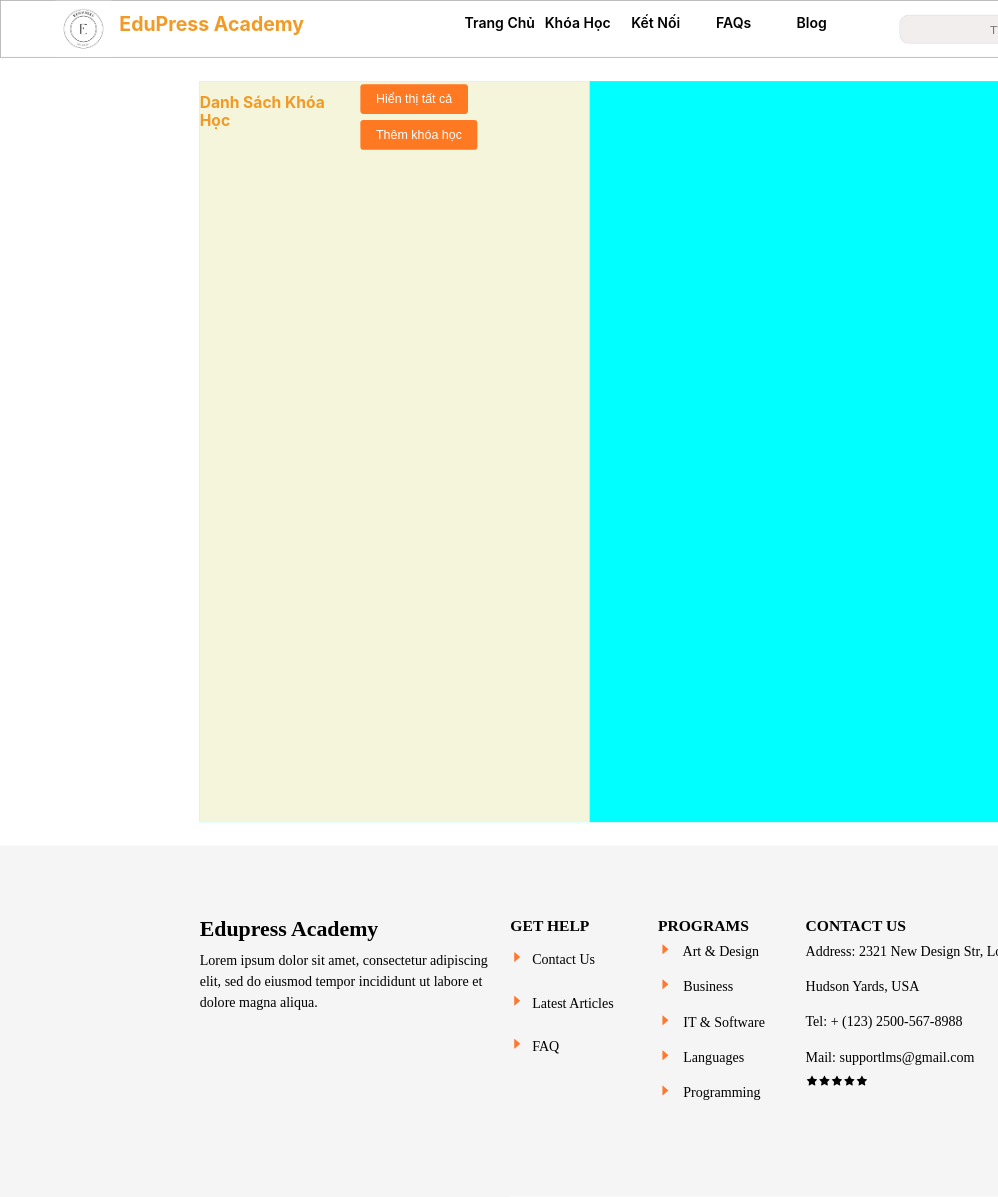
Repository: hieu1802/WebsiteEdupress
Page: /Management (app in my-app/Fontend/)
An editor plug-in stored every save of this project. The page is shown before and after the next save, followed by the edit.
The browser window is 1280 px wide. The pictures show the whole page, at 78% of full size.
The page's requests for data from a server got no answer. The project was rebuilt for these pictures with package versions that can differ from the ones it lists, and the page was loaded fresh each time. No one was signed in, and anything a server would have sent is missing. Also part of the build but not shown: my-app/Fontend/src/App.css, my-app/Fontend/src/Components/data/topCategories.jsx, my-app/Fontend/src/Components/HomePage/ContainerPage.jsx, my-app/Fontend/src/Components/HomePage/HomePage.jsx, my-app/Fontend/src/Components/Login/Login.css, my-app/Fontend/src/Components/Modal/Modal.css, my-app/Fontend/src/Components/Modal/Modal.jsx, my-app/Fontend/src/Components/Login/Login.jsx and 41 more.

Above is the page before, as saved 2024-11-03 12:33:18.

### my-app/Fontend/src/App.jsx
import logo from "./logo.svg";
import "./App.css";
import HomePage from "./Components/HomePage/HomePage.jsx";
import { BrowserRouter as Router, Routes, Route } from "react-router-dom";
import Login from "./Components/Login/Login";
import Register from "./Components/Register/Register";
import AdminPage from "./Components/AdminPage/AdminPage";
import LostPass from "./Components/LostPass/LostPass";
import CouresPage from "./Components/CouresPage/CouresPage.jsx";
import BlogPage from "./Components/BlogPage/BlogPage.jsx";
import ProtectedRoute from "./Components/ProtectedRoute.jsx";
import InfoCustomer from "./Components/InfoCustomer/InfoCustomer.jsx";
import CourseDetail from "./Course-detail/Coursedetail.js";
import DeleteAccount from "./Components/DeleteAccount/DeleteAccount.jsx";
import ContactPage from "./Components/ContactPage/ContactPage.jsx";
import FAQs from "./Components/FAQs/FAQs.jsx";
import Management from "./Components/Management/Management.jsx";


function App() {
  return (
    <>
      <Router>
        <Routes>
          <Route path="/" element={<HomePage />} />
          <Route path="/login" element={<Login />} />
          <Route path="/register" element={<Register />} />
          <Route path="/Management" element={<Management />} />
          <Route
            path="/admin"
            element={<ProtectedRoute component={AdminPage} />}
          />
          <Route path="/lostPass" element={<LostPass />} />
          <Route path="/CouresPage" element={<CouresPage />} />
          <Route path="/info-customer" element={<InfoCustomer />} />
          <Route path="/BlogPage" element={<BlogPage />} />
          <Route path="/Coursedetail" element={<CourseDetail />} />
          <Route path="/Coursedetail/:id" element={<CourseDetail />} />
          <Route path="/delete-account" element={<DeleteAccount />} />
          <Route path="/ContactPage" element={<ContactPage />} />
          <Route path="/FAQsPage" element={<FAQs />} />
        </Routes>
      </Router>
    </>
  );
}

export default App;

### my-app/Fontend/src/Components/Management/Management.jsx
import React from 'react'
import Header from '../HomePage/Header'
import Footer from '../HomePage/Footer'
import ContainerManagement from './ContainerManagement'
import './Management.css'

function Management() {
  return (
    <>
      <Header/>
      <ContainerManagement/>
      <Footer/>
    </>
  )
}

export default Management

### my-app/Fontend/src/Components/HomePage/Footer.jsx
import React from 'react'
import { AiFillStar,AiFillCaretRight } from "react-icons/ai";

function Footer() {
  return (
    <div className='footerPage'>
        <div className='footerContaier'>
            <div className='footerEdupress'>
                <h2>Edupress Academy</h2>
                <p>Lorem ipsum dolor sit amet, consectetur adipiscing elit, sed do eiusmod tempor incididunt ut labore et dolore magna aliqua.</p>
            </div>
            <div className='footerHelp'>
                <h2>GET HELP</h2>
                <a href='#'><AiFillCaretRight  style={{color:'FF782D', marginRight:'10px'}}/>Contact Us</a>
                <a href='#'><AiFillCaretRight  style={{color:'FF782D', marginRight:'10px'}}/>Latest Articles</a>
                <a href='#'><AiFillCaretRight  style={{color:'FF782D', marginRight:'10px'}}/>FAQ </a>
            </div>
            <div className='footerPrograms'>
                <h2>PROGRAMS</h2>
                <a href='#'><AiFillCaretRight  style={{color:'FF782D', marginRight:'10px'}}/> Art & Design</a>
                <a href='#'><AiFillCaretRight  style={{color:'FF782D', marginRight:'10px'}}/> Business</a>
                <a href='#'><AiFillCaretRight  style={{color:'FF782D', marginRight:'10px'}}/> IT & Software </a>
                <a href='#'><AiFillCaretRight  style={{color:'FF782D', marginRight:'10px'}}/> Languages </a>
                <a href='#'><AiFillCaretRight  style={{color:'FF782D', marginRight:'10px'}}/> Programming </a>
            </div>
            <div className='footerContact'>
                <h2>CONTACT US</h2>
                <p>Address: 2321 New Design Str, Lorem Ipsum10 Hudson Yards, USA</p>
                <p>Tel: + (123) 2500-567-8988<br/>
                Mail: supportlms@gmail.com</p>
                <span><AiFillStar/><AiFillStar/><AiFillStar/><AiFillStar/><AiFillStar/></span>
            </div>
        </div>
    </div>
  )
}

export default Footer

### my-app/Fontend/src/Components/AdminPage/AdminPage.css
.admin {
  font-family: Arial, sans-serif;
  padding: 20px;

  h1 {
    color: #ff7822;
  }

  h2 {
    color: #ff7822;
    margin-top: 30px;
  }

  table.listAcc {
    width: 100%;
    border-collapse: collapse;
    margin-top: 20px;

    th,
    td {
      border: 1px solid #ddd;
      padding: 8px;
      text-align: left;
    }

    th {
      background-color: #ff7822;
      color: white;
    }

    tr:nth-child(even) {
      background-color: #f2f2f2;
    }

    tr:hover {
      background-color: #ddd;
    }

    select {
      padding: 5px;
      border-radius: 4px;
      border: 1px solid #ccc;
    }
  }
}

button {
  background-color: #ff7822;
  color: white;
  border: none;
  padding: 10px 20px;
  text-align: center;
  text-decoration: none;
  display: inline-block;
  font-size: 16px;
  margin: 4px 2px;
  cursor: pointer;
  border-radius: 4px;
}

button:hover {
  background-color: #e56b1f;
}

form {
  margin-top: 20px;

  input[type="text"],
  input[type="password"],
  select {
    width: 100%;
    padding: 12px 20px;
    margin: 8px 0;
    display: inline-block;
    border: 1px solid #ccc;
    border-radius: 4px;
    box-sizing: border-box;
  }

  button {
    width: 100%;
    background-color: #ff7822;
    color: white;
    padding: 14px 20px;
    margin: 8px 0;
    border: none;
    border-radius: 4px;
    cursor: pointer;
  }

  button:hover {
    background-color: #e56b1f;
  }

  .input-group {
    position: relative;

    input[type="password"],
    input[type="text"] {
      padding-right: 40px;
    }

    .toggle-password-visibility {
      position: absolute;
      right: 10px;
      top: 50%;
      transform: translateY(-50%);
      cursor: pointer;
      color: #555;
    }
  }
}

@media (max-width: 480px) {
  .admin {
    padding: 10px;
  }

  table.listAcc {
    font-size: 12px;
  }

  th,
  td {
    padding: 6px;
  }

  .toggle-password-visibility {
    right: 5px;
  }

  form {
    margin-top: 10px;
  }

  input[type="text"],
  input[type="password"],
  select {
    padding: 10px;
    font-size: 14px;
  }

  button {
    padding: 10px 15px;
    font-size: 14px;
  }
}

### my-app/Fontend/src/Components/BlogPage/BlogPage.css
*{
    margin: 0;
    padding: 0;
}

.blogContainer{
    width: 1175px;
    height: 950px;
    margin-left: 20%;
    display: flex;
    margin-top: 30px;
}

.blogMain{
    width: 900px;
    height: 100%;
}

.blogTitle{
    width: 100%;
    height: 80px;
}

.blogTitle > h1{
    font-family: Exo;
    font-size: 36px;
    font-weight: 600;
    line-height: 43.2px;
    text-align: left;
    color: #000;
}

.blogDetail{
    width: 100%;
    height: 850px;
}

.blogImg{
    width: 100%;
    height: 500px;
}

.blogContent{
    width: 100%;
    height: 250px;
    margin-top: 15px;
    margin-bottom: 15px;
}

.blogContent > p{
    font-family: Jost;
    font-size: 18px;
    font-weight: 400;
    line-height: 27px;
    text-align: left;
}

.blogTag{
    width: 100%;
    height: 40px;
    display: flex;
}

.boxTags{
    width: 100px;
    height: 30px;
    border: 1px solid #000;
    text-align: center;
    padding-top: 5px;
    font-size: 16px;
    font-weight: 500;
    margin-right: 10px;
}

.blogSideBar{
    width: 275px;
    height: 800px;
    border: 1px solid #0000003d;
}

.category{
    width: 90%;
    height: 250px;
    margin-left: 10px;
}

.categoryNav{
    display: flex;
    justify-content: space-between;
    margin-bottom: 10px;
}

.buttonAdd{
   font-size: 18px;
   color: red;
   cursor: pointer;
}

.content{
    width: 900px;
    height: 500px;
    position: absolute;
    background-color: rgba(0, 0, 0, 0.9);
    top: 100px;
    left:auto;
    color: aliceblue;
}

.title{
    margin-left: 50px;
}

.formInput{
    width: 50% !important;
    height: 30px !important;
    margin-left:25px !important ;
    margin-bottom: 30px !important;
}

.textInput{
    width: 50%;
    height: 200px;
    margin-left: 10px;
}

.imgInput{
    margin-left: 15px;
    margin-top: 30px;
    margin-bottom: 30px;
}
.category > h4{
    font-family: Exo;
    font-size: 20px;
    font-weight: 600;
    line-height: 24px;
    text-align: left;
    margin-bottom: 20px;
}

.cateBox{
    width: 100%;
    height: 30px;
    display: flex;
    justify-content: space-between;

}

.boxRecent{
    width: 90%;
    height: 350px;
    margin-left: 10px;
}

.boxRecent > h4{
    font-family: Exo;
    font-size: 20px;
    font-weight: 600;
    line-height: 24px;
    text-align: left;
}

.articles{
    width: 100%;
    height: 90px;
    display: flex;
    margin: 0;
    margin-top: 15px;
    cursor: pointer;
}

.articlesImg{
    width: 40%;
    height: 100%;
}

.articlesImg > img{
    width: 100%;
    height: 100%;
}

.articlesContents{
    width: 60%;
    height: 90px;

}

.articlesContents > p{
    font-family: Jost;
    font-size: 16px;
    font-weight: 500;
    line-height: 24px;
    text-align: left;
    margin-left: 5px;
    margin-top: 5px;
}

.tags{
    width: 90%;
    height: 150px;
    margin-left: 10px;
    margin-top: 10px;
}

.tags > h4{
    font-family: Exo;
    font-size: 20px;
    font-weight: 600;
    line-height: 24px;
    text-align: left;
    margin-bottom: 10px;
}

.hastag{
    width: 100%;
    height: 100px;
    display: grid;
    grid-template-columns: 1fr 1fr;
}

### my-app/Fontend/src/Components/ContactPage/Contact.css
*{
    margin: 0;
    padding: 0;
}

.contactContainer{
    width: 1175px;
    height: 900px;
    margin-left: 20%;
    margin-top: 30px;
}

.contactBox{
    width: 100%;
    height: 450px;
    display: flex;
}

.contactInf{
    width: 400px;
    height: 300px;
}
.contactInf > h1{
    font-family: Exo;
    font-size: 36px;
    font-weight: 600;
    line-height: 43.2px;
    text-align: left;
    color: #000;
}

.info{
    width: 100%;
    height: 200px;
    margin-top: 30px;
}

.info > p{
    font-family: Jost;
    font-size: 18px;
    font-weight: 400;
    line-height: 27px;
    text-align: left;
}

.infoPhone{
    width: 250px;
    height: 50px;
    margin-top: 15px;
    display: flex;
}

.iconsInfo{
    width: 60px;
    height: 50px;
}

.iconsInfo > img{
    width: 100%;
    height: 100%;
}

.textInfo{
    width: 180px;
    height: 50px;
    margin-left: 10px;
    display: flex;
    flex-direction: column;
    justify-content: space-between;
}

.contactMap{
    width: 700px;
    height: 450px;
    margin-left: 30px;
    border-radius: 20px;
}

.contactMap > img{
    width: 100%;
    height: 100%;
    border-radius: 20px;
}

.contactUs{
    width: 100%;
    height: 400px;
    margin-top: 150px;
}

### my-app/Fontend/src/Components/FAQs/FAQs.css
*{
    padding: 0;
    margin: 0;
}

.ContainerFAQs{
    width: 1175px;
    height: 600px;
    margin-left: 20%;
    margin-top: 30px;
}

.ContainerFAQs > p{
    font-size: 16px;
    margin-top: 10px;
    margin-bottom: 10px;

}

.ContainerFAQs > img {
    width: 100%;
    height: 100%;
}

### my-app/Fontend/src/Components/Management/ContainerManagement.jsx
import React from 'react'
import ManagementCourse from './ManagementCourse'


function ContainerManagement() {
  return (
    <div className='managementContainer'>
      <ManagementCourse/>
    </div>
  )
}

export default ContainerManagement

### my-app/Fontend/src/Components/Management/Management.css
*{
    margin: 0;
    padding: 0;
}

.managementContainer{
    width: 1175px;
    height: 950px;
    margin-left: 20%;
    display: flex;
    margin-top: 30px;
    background-color: aqua;
}

.managementCourseContainer{
    width: 500px;
    height: 950px;
    display: flex;
    background-color: beige;
}

.courseTitle{
    width: 100%;
    height: 50px;
    display: flex;
    justify-content: space-between;
}

.courseTitle > h3{
    font-size: 20px;
}

### my-app/Fontend/src/Components/data/FeaturedCoursesDaa.jsx
import img04 from "../img/img04.png";
import img05 from "../img/img05.png";
import img06 from "../img/img06.png";
import img07 from "../img/img07.png";
import img08 from "../img/img08.png";
import img09 from "../img/img09.png";

const topCourses = [
  {
    id: 1,
    img: img04,
    time: '2',
    student: '50',
    price: '4.000.000đ',
    sale: '2.000.000đ',
    lessons: '20',
    author: 'Christopher',
    courseName: 'Create an LMS Website with LearnPress'

  },
  {
    id: 2,
    img: img05,
    time: '3',
    student: '60',
    price: '5.000.000đ',
    sale: '2.500.000đ',
    lessons: '10',
    author: 'James',
    courseName: 'Create an CSS Website '
  },
  {
    id: 3,
    img: img06,
    time: '4',
    student: '90',
    price: '7.000.000đ',
    sale: '3.000.000đ',
    lessons: '25',
    author: 'Rebecca',
    courseName: 'Create an HTML Website '
  },
  {
    id: 4,
    img: img07,
    time: '2',
    student: '60',
    price: '6.000.000đ',
    sale: '3.500.000đ',
    lessons: '15',
    author: 'Jennifer',
    courseName: 'Create an CSS and REACT Website '
  },
  {
    id: 5,
    img: img08,
    time: '2',
    student: '70',
    price: '8.000.000đ',
    sale: '4.000.000đ',
    lessons: '24',
    author: 'Matthew',
    courseName: 'Create an REACT and SCSS Website '
  },
  {
    id: 6,
    img: img09,
    time: '2',
    student: '80',
    price: '9.000.000đ',
    sale: '6.000.000đ',
    lessons: '26',
    author: 'Daniel',
    courseName: 'Create an HTML and SCSS Website '
  },
];

export { topCourses }

### my-app/Fontend/src/Components/CouresPage/Container.css
*{
    margin: 0;
    padding: 0;
}

.container{
    width: 1175px;
    height: 1800px;
    margin-left: 20%;
    display: flex;
}

.boxProduct{
    width: 880px;
    height: 100%;
    padding-left:20px;
}

.boxProduct > h2{
    font-family: Exo;
    font-size: 36px;
    font-weight: 600;
    line-height: 43.2px;
    text-align: left;
}

.boxContent{
    width: 800px;
    height: 250px;
    margin-top: 30px;
    display: flex;
    border-radius: 20px 0 0 20px;
    border: 1px solid #00000048;
}

.boxImg{
    width: 300px;
    height: 100%;
}
.boxImg > img{
    width: 100%;
    height: 100%;
    border-radius: 20px 0 0 20px;
}

.boxTexT{
    width: 500px;
    height: 100%;
}

.text{
    width: 420px;
    height: 150px;
    display: flex;
    margin-left: 30px;
    flex-direction: column;
    justify-content: space-between;
}

.text > h4{
    margin-top: 10px;
    font-family: Jost;
    font-size: 24px;
    font-weight: 400;
    line-height: 24px;
    text-align: left;
}

.text > h5{
    font-family: Exo;
    font-size: 20px;
    font-weight: 600;
    line-height: 24px;
    text-align: left;
}

.iconsValue{
    width: 100%;
    height: 40px;
    display: flex;
    justify-content: space-between;
}

.icons{
    color: rgba(241, 152, 34, 0.979);
    font-size: 24px;
    margin-top: 8px;
}
.iconsValue> span{
    font-size: 18px;
}

.boxPrice{
    width: 100%;
    height: 50px;

    margin-top: 50px;
    display: flex;
    justify-content: space-between;
}

.priceBox{
    width: 280px;
    height: 100%;
    display: flex;
}

.priceBox > p{
    text-decoration: line-through;
    color: var(--Grey, #9D9D9D);
    font-weight: 700;
    margin-right: 10px;
    margin-left: 30px;
    font-size: 20px;
}

.priceBox > span{
    color: green;
    font-weight: 700;
    font-size: 20px;
}

.btnClick{
    width: 180px;
    height: 40px;
    border-radius: 24px;
    border: 1px solid #000;
    cursor: pointer;
    margin-right: 20px;
}

.btnClick > p{
    text-align: center;
    margin-top: 8px;
    font-weight: 600;
    color: red;
}

.btnClick:hover{
    background-color: red;
}

.btnClick > p:hover{
    color: #fff;
}

.boxSearch{
    width: 300px;
    height: 90%;
    background-color: beige;
}

.boxSearch > h2{
    font-family: Exo;
    font-size: 36px;
    font-weight: 600;
    line-height: 43.2px;
    text-align: left;
}

.searchValue{
    width: 100%;
    height: 500px;
    margin-top: 20px;
}

.searchValue > p{
    font-family: Exo;
    font-size: 24px;
    font-weight: 600;
    line-height: 43.2px;
    text-align: left;
    margin-bottom: 30px;
}

### my-app/Fontend/src/Course-detail/RegisterCourse.css
*{
    margin: 0;
    padding: 0;
}



.registration-form {
    position: relative;
    height: fit-content;
    padding: 20px;
    margin-left: 222px;
    display: flex;
    border: 1px solid black;
    width: 600px;
    flex-direction: column;

}

.registration-form label input {
    font-size: 25px;
    margin-left: 13px;
    border: none;
    border-bottom: 1px solid gray;
    width: 50%;
    height: 30px;
}


input:focus {
    outline: none;
}

.registration-form label {
    font-size: 25px;
}

.registration-form h2 {
    text-align: center;
}

.sale-course-price {
    font-size: 25px;
    margin: 15px 0 15px 0;
    width: fit-content;
}

.sale-price-form {
    margin-bottom: 20px;

    display: flex;
    justify-content: start;
}

.original-form-price {
    width: 600px;
    align-items: baseline;
    border-bottom: 3px solid black;
}

.phone-register-course {
    height: 30px;
    margin-top: 8px;
}

.payment-logo {
    display: flex;
    justify-content: space-around;
}

.payment-logo span {
    width: fit-content;
    cursor: pointer;
    border: 1px solid gray;


}

.payment-logo img {
    width: 100px;
    height: 100px;

}

.qr-code {

    width: fit-content;
    height: fit-content;
}

.qr-code img {
    width: 100%;
    height: 100%;
}

.original-priceS{
    text-decoration: line-through;
    color: #999;
    margin-right: 10px;
    font-size: 20px;
    margin-left: 10px;
    font-weight: 600;
}

.all-price > span{
    color: green;
    font-weight: 700;
}

.imgQr{
    width: 400px;
    height: 400px;
    margin-left: 30%;
}

### my-app/Fontend/src/Components/Management/ManagementCourse.jsx
import React, { useEffect, useState } from 'react';
import {
  AiFillSignal,
  AiOutlineUserAdd,
  AiOutlineClockCircle,
  AiFillBook
} from "react-icons/ai";
import { Link } from 'react-router-dom';
import axios from 'axios';

function ManagementCourse() {
  const [courses, setCourses] = useState([]);

    useEffect(() => {
        axios.get('http://localhost:8080/api/v1/courses')
            .then(response => {
                setCourses(response.data);
            })
            .catch(error => {
                console.error('There was an error fetching the courses!', error);
            });
    }, []);
  return (
    <div className='managementCourseContainer'>
        <div className='courseTitle'>
            <h3>Danh Sách Khóa Học</h3>
            <div>
              <button>Hiển thị tất cả</button>
              <button>Thêm khóa học</button>
            </div>
        </div>
        <div className='courseMain'>

        </div>
    </div>
  )
}

export default ManagementCourse

Loaded but not shown: my-app/Fontend/public/index.html (common file); my-app/Fontend/src/index.js (common file); my-app/Fontend/src/index.css (common file); my-app/Fontend/src/reportWebVitals.js (common file); my-app/Fontend/src/Components/HomePage/HomePage.css (871 lines, source omitted); my-app/Fontend/src/Components/HomePage/Header.jsx (141 lines, source omitted)

After the next save:
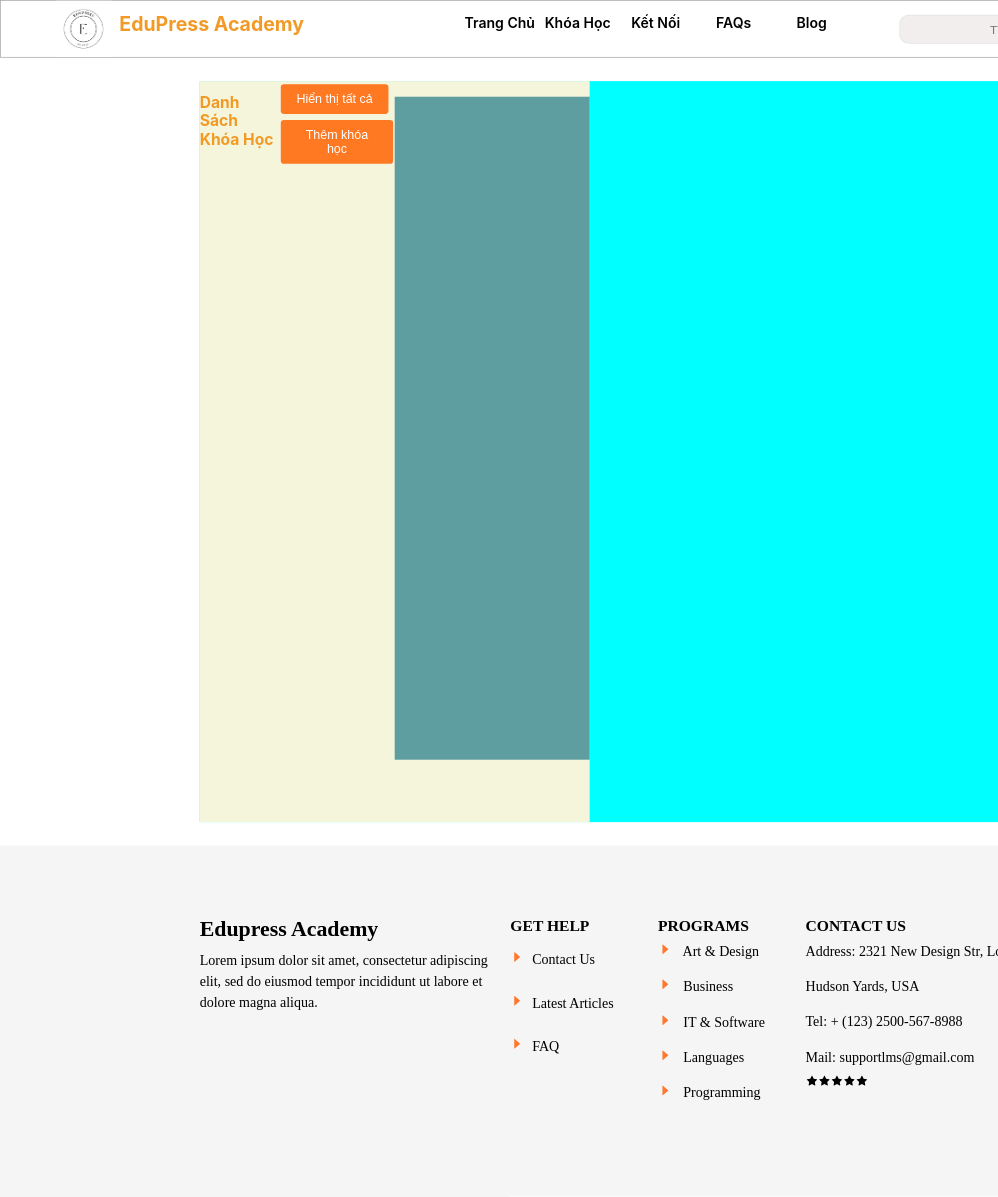
Saved 56 s later.
--- a/my-app/Fontend/src/Components/Management/Management.css
+++ b/my-app/Fontend/src/Components/Management/Management.css
@@ -29,3 +29,10 @@
 .courseTitle > h3{
     font-size: 20px;
 }
+
+.courseMain{
+    width: 100%;
+    height: 850px;
+    background-color: cadetblue;
+    margin-top: 20px;
+}
